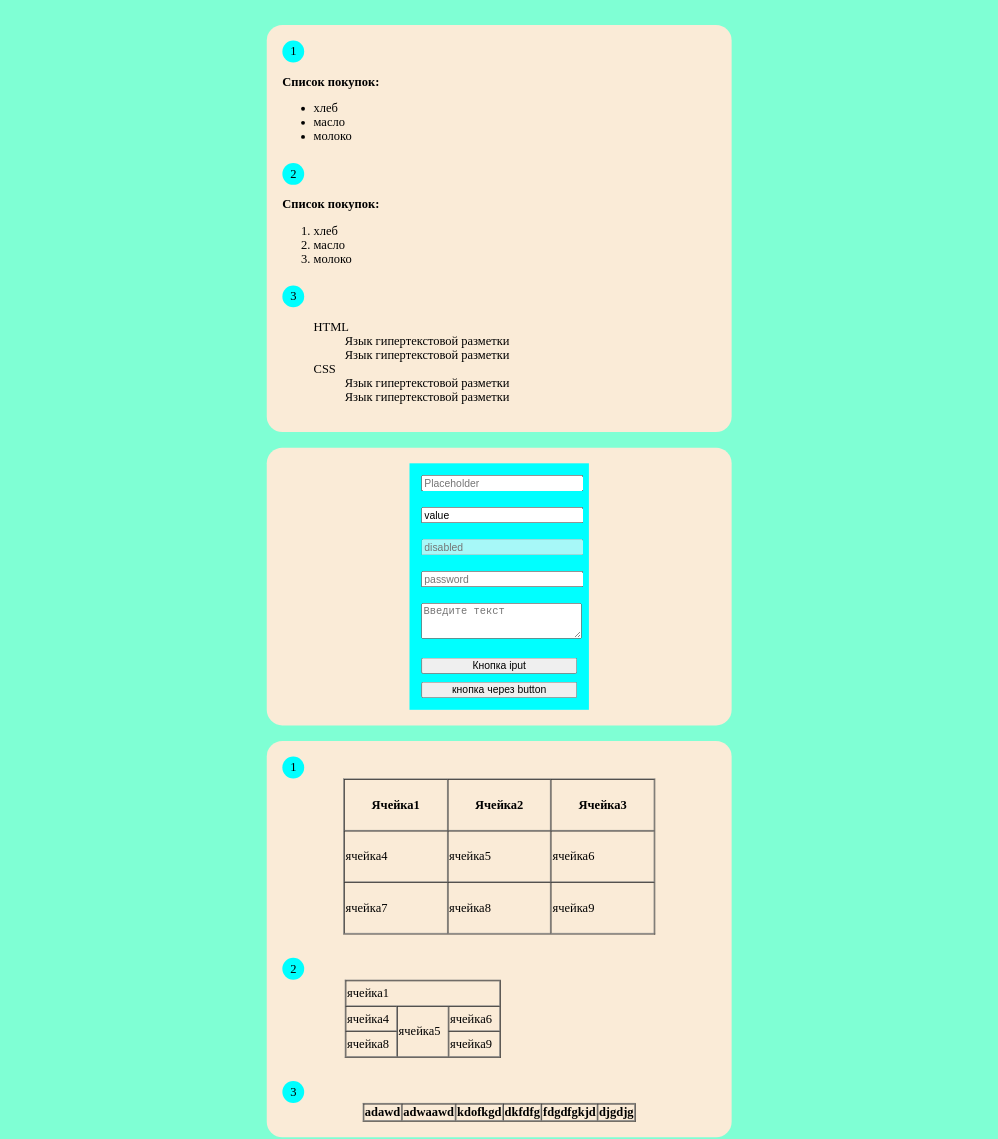
Repository: Savich01/-
Page: html/index.html
An editor plug-in stored every save of this project. The page is shown before and after the next save, followed by the edit.
The browser window is 1280 px wide. The pictures show the whole page, at 78% of full size.

Above is the page before, as saved 2024-05-31 17:05:01.

### html/index.html
<!DOCTYPE html>
<html lang="en">
<head>
    <meta charset="UTF-8">
    <meta name="viewport" content="width=device-width, initial-scale=1.0">
    <title>Document</title>
    <link rel="stylesheet" href="/css/style.css">
</head>
<body>

    <header class="header">

    </header>
    <main class="main">
        <div class="container">
            <section class="section-1">
                <div class="block">1</div>
                <p class="text">
                    <b>Список покупок:</b>
                </p>
                <ul class="list">
                    <li>хлеб</li>
                    <li>масло</li>
                    <li>молоко</li>
                </ul>

                <div class="block">2</div>
                <p class="text">
                    <b>Список покупок:</b>
                </p>
                <ol class="list">
                    <li>хлеб</li>
                    <li>масло</li>
                    <li>молоко</li>
                </ol>

                <div class="block">3</div>
                <ul class="main-list--item">
                    <li>HTML
                        <ul>
                            <li class="main-link">Язык гипертекстовой разметки</li>
                            <li class="main-link">Язык гипертекстовой разметки</li>
                        </ul>
                    </li>
                    <li>CSS
                        <ul>
                            <li class="main-link">Язык гипертекстовой разметки</li>
                            <li class="main-link">Язык гипертекстовой разметки</li>
                        </ul>
                    </li>
                </ul>
            </section>

            <section class="section-2">
                <form action="#" class="form">
                    <input class="input" type="text" placeholder="Placeholder">
                    <input class="input" type="text" value="value">
                    <input class="input" type="text" disabled="disabled" placeholder="disabled">
                    <input class="input" type="password" placeholder="password">
                    <textarea class="textarea" placeholder="Введите текст"></textarea>
                    <input class="input-btn" type="button" value="Кнопка iput">
                    <button class="button">кнопка через button</button>
                </form>
            </section>

            <section class="section-3">
                <div class="block">1</div>
                <table class="table" width=400 height=200 border=1 cellpedding=0 cellspacing=0>
                    <tr>
                        <th>Ячейка1</th>
                        <th>Ячейка2</th>
                        <th>Ячейка3</th>
                    </tr>

                    <tr>
                        <td>ячейка4</td>
                        <td>ячейка5</td>
                        <td>ячейка6</td>
                    </tr>
                    <tr>
                        <td>ячейка7</td>
                        <td>ячейка8</td>
                        <td>ячейка9</td>
                    </tr>
                </table>

                <div class="block">2</div>
                <table class="table2" width=200 height=100  border="1" cellpedding=0 cellspacing=0>
                    <tr>
                        <td colspan="3">ячейка1</td>
                        <!-- <td>ячейка2</td> -->
                        <!-- <td>ячейка3</td> -->
                    </tr>
                    <tr>
                        <td>ячейка4</td>
                        <td rowspan="2">ячейка5</td>
                        <td>ячейка6</td>
                    </tr>
                    <tr>
                        <!-- <td>ячейка7</td> -->
                        <td>ячейка8</td>
                        <td>ячейка9</td>
                    </tr>
                </table>

                <div class="block">3</div>
                <table class="table3" border="1" cellpedding=0 cellspacing=0>
                    <tr>
                        <th>adawd</th>
                        <th>adwaawd</th>
                        <th>kdofkgd</th>
                        <th>dkfdfg</th>
                        <th>fdgdfgkjd</th>
                        <th>djgdjg</th>
                    </tr>

                </table>
            </section>
        </div>
    </main>
    <footer class="footer">

    </footer>

</body>
</html>

### css/style.css
body{
    max-width: 600px;
    height: 100%;
    margin: 0 auto;
    background-color: aquamarine;
    padding: 0px 10px;
}

.container{
    padding: 2px;
    margin-top: 30px;
}
/* ==========SECTION-1========================== */
.section-1{
    padding: 20px;
    background-color: antiquewhite;
    border-radius: 20px;
    margin-bottom: 20px;
}

.block{
    background-color:aqua;
    display: inline-block;
    padding: 5px 10px;
    border-radius: 100%;
}

.list{
    margin-bottom: 25px;
}
.main-list--item{
    list-style: none;
    /* text-decoration: none; */
}

.main-link{
    list-style: none;
}

/* ==========SECTION-2========================== */

.section-2{
    background-color: antiquewhite;
    border-radius: 20px;
    padding: 20px;
    margin-bottom: 20px;
}

.form{
    margin: 0 auto;
    max-width: 200px;
    padding: 15px;
    background-color: aqua;
}
.input{
    margin: 0 auto;
    width: 100%;
    margin-bottom: 20px;
}
.textarea{
    width: 100%;
    height: 40px;
    margin-bottom: 20px;
}

.input-btn{
    display: block;
    width: 100%;
    margin-bottom: 10px;
    cursor: pointer;
}
.button{
    display: block;
    width: 100%;
    cursor: pointer;
}

/* ==========SECTION-3========================== */

.section-3{
    background-color: antiquewhite;
    border-radius: 20px;
    padding: 20px;
}

.table{
    margin: 0 auto;
    margin-bottom: 30px;
}
.table2{
    margin-left: 80px;
    margin-bottom: 30px;
}
.table3{
    margin: 0 auto;
}

After the next save:
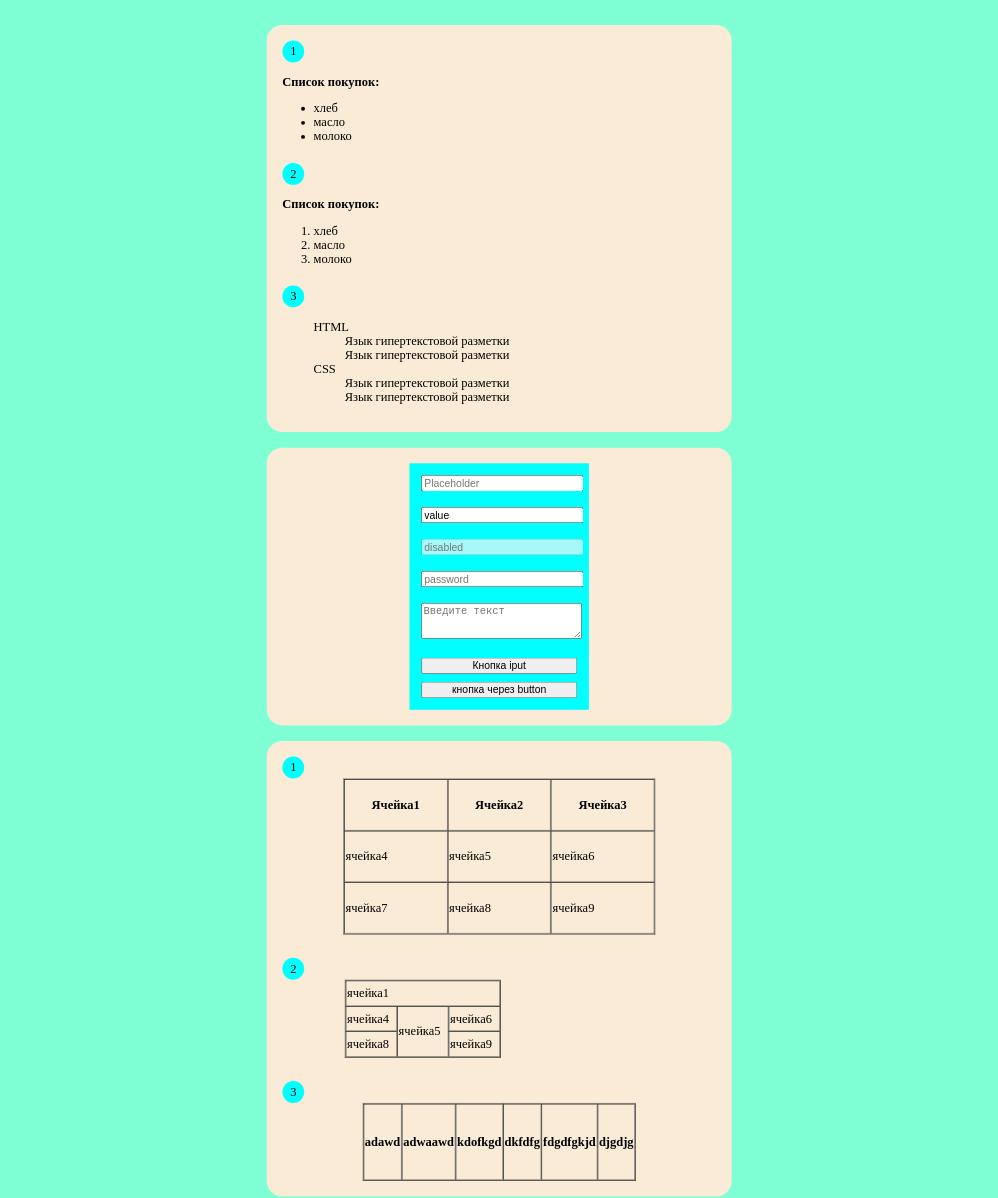
Saved 20 s later.
--- a/html/index.html
+++ b/html/index.html
@@ -104,7 +104,7 @@
                 </table>
 
                 <div class="block">3</div>
-                <table class="table3" border="1" cellpedding=0 cellspacing=0>
+                <table class="table3" width=200 height=100  border="1" cellpedding=0 cellspacing=0>
                     <tr>
                         <th>adawd</th>
                         <th>adwaawd</th>
